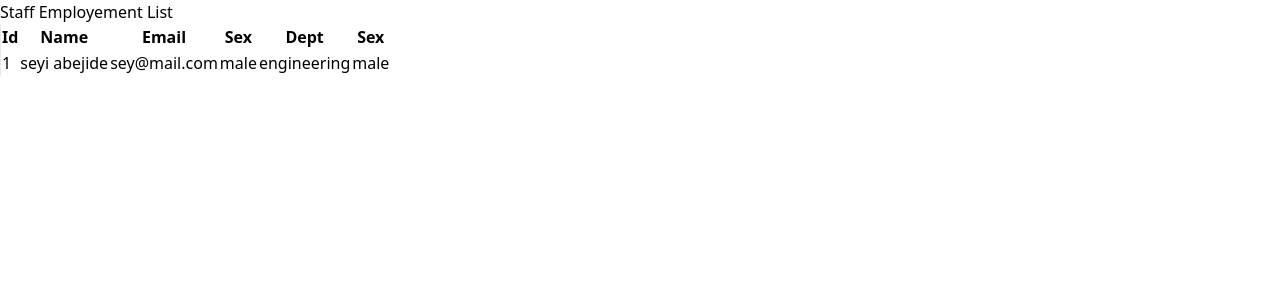
Repository: Semanmernstack/crud
Page: /
The author's editor kept a copy of each file at every save. The page is drawn from the files as they stood at one save, then again after the next save.
The browser window is 1280 px wide. The pictures show the whole page.
The project was rebuilt for these pictures with package versions that can differ from the ones it lists, and the page was loaded fresh each time. Also part of the build but not shown: src/Details.js, src/Create.js, src/Edit.js.

Above is the page before, as saved 2022-12-23 03:19:50.

After the next save:
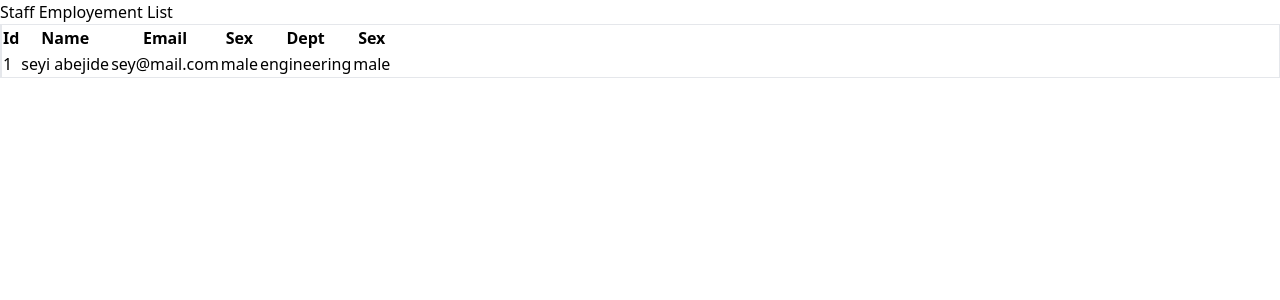
Saved 13 s later.
--- a/src/List.js
+++ b/src/List.js
@@ -7,7 +7,7 @@ function List() {
         <p>Staff Employement List</p>
 
 
-        <table className="w-full   " >
+        <table className="w-full border  " >
             <div className="">
             <thead>
                 <tr className="border-l">
